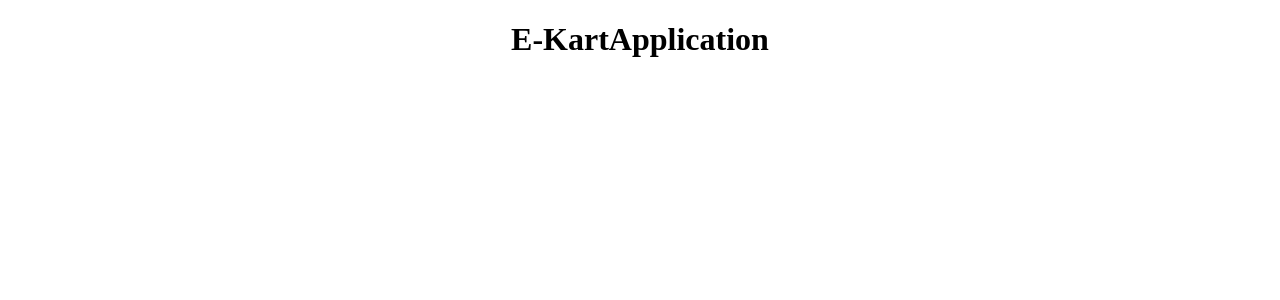
Repository: Onlinetrainingtech/AdvanceJavaMilky1
Page: AdvanceJavaMilky/FirstProgram/src/main/webapp/index.html
An editor plug-in stored every save of this project. The page is shown before and after the next save, followed by the edit.
The browser window is 1280 px wide. The pictures show the whole page.

Above is the page before, as saved 2024-01-01 08:25:56.

### AdvanceJavaMilky/FirstProgram/src/main/webapp/index.html
<!DOCTYPE html>
<html>
<head>
<meta charset="ISO-8859-1">
<title>Insert title here</title>
</head>
<body>
<!-- <h1>Welcome-h1</h1>
<h2>Welcome-h2</h2>
<h3>Welcome-h3</h3>
<h4>Welcome-h4</h4>
<h5>Welcome-h5</h5> -->
<center>
<h1>E-KartApplication</h1>
</center>
</body>
</html>

After the next save:
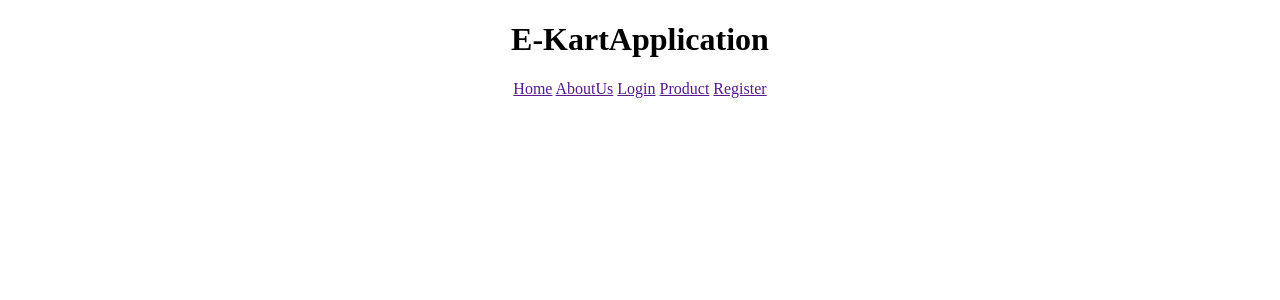
Saved 41 s later.
--- a/AdvanceJavaMilky/FirstProgram/src/main/webapp/index.html
+++ b/AdvanceJavaMilky/FirstProgram/src/main/webapp/index.html
@@ -12,6 +12,11 @@
 <h5>Welcome-h5</h5> -->
 <center>
 <h1>E-KartApplication</h1>
+<a href="">Home</a>
+<a href="">AboutUs</a>
+<a href="">Login</a>
+<a href="">Product</a>
+<a href="">Register</a>
 </center>
 </body>
 </html>
